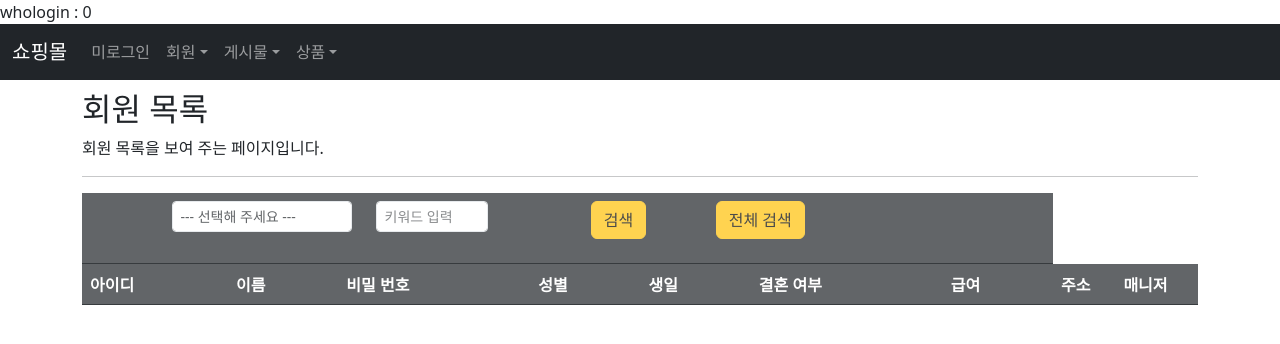
Repository: Sain-Clair/Team5
Page: http://localhost/Student/member/meList.jsp
These files come from the project's save history. The page is drawn as it stood at one moment and after the next save; the edit follows.
The browser window is 1280 px wide. The pictures show the whole page.
The page is served by Tomcat 9. The template is opened directly, without the code that normally fills it, so the values that code supplies are empty.

Above is the page before, as saved 2023-09-07 03:13:19.
Console error: SyntaxError: missing ) after argument list

After the next save:
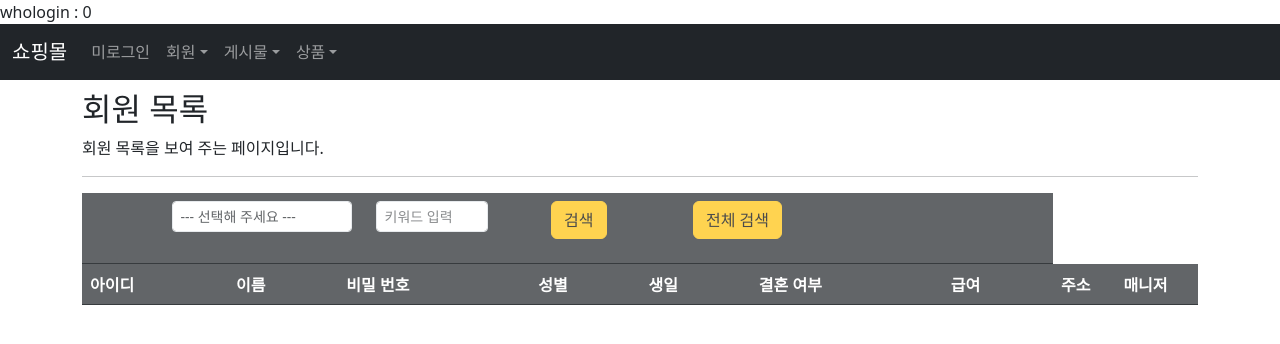
Saved 9 s later.
--- a/Student/src/main/webapp/member/meList.jsp
+++ b/Student/src/main/webapp/member/meList.jsp
@@ -46,7 +46,7 @@ function writeForm() { // 수정
 		<table class="table table-hover">
 			<thead class="table-dark">
 				<tr>
-					<td colspan="7" align="right">
+					<td colspan="7" align="center">
 						<div class="row">
 							<div class="col-sm-1"></div><!-- grid 화면을 12개로 분할. 그 중에 1 -->
 							<div class="col-sm-10">
